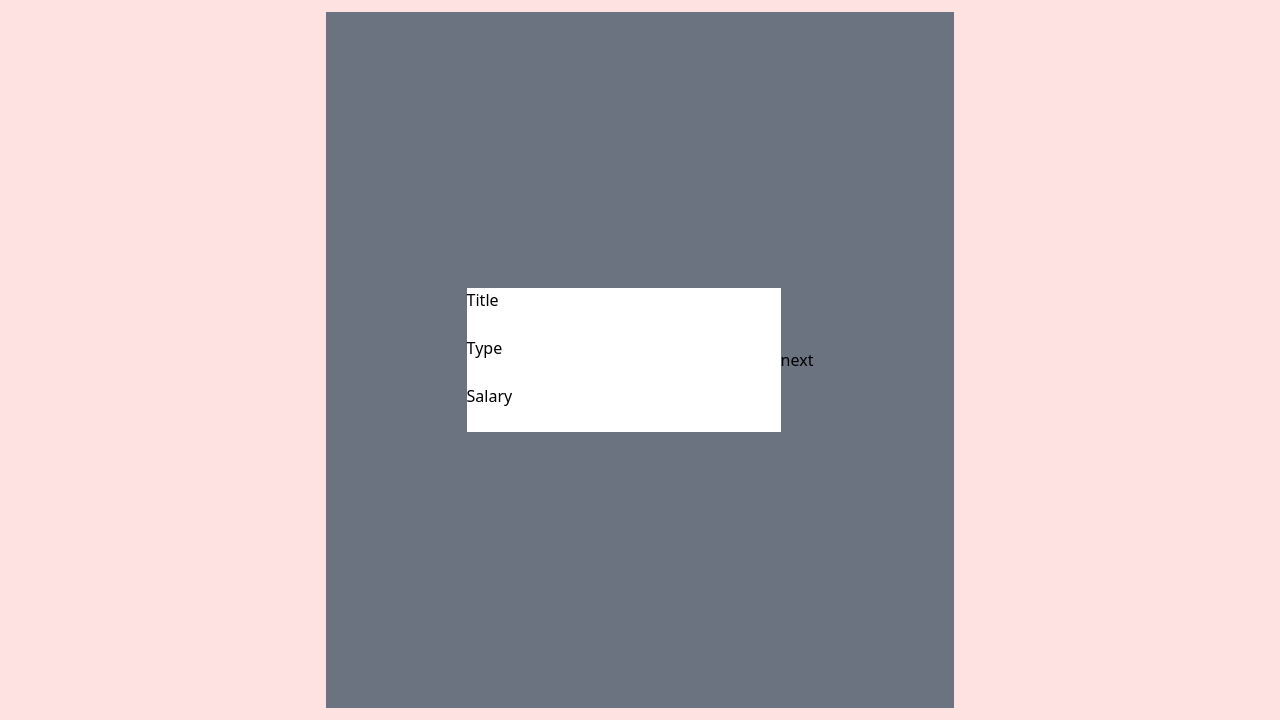
Repository: Abdibaye/Job-Sphere
Page: /form
The author's editor kept a copy of each file at every save. The page is drawn from the files as they stood at one save, then again after the next save.
The browser window is 1280 px wide. The pictures show the whole page.
The project was rebuilt for these pictures with package versions that can differ from the ones it lists, and the page was loaded fresh each time. Also part of the build but not shown: vite.config.js, src/components/search.jsx, src/components/navbar.jsx, src/pages/descriptionpage.jsx, src/components/job.jsx, src/components/feed.jsx, src/components/saved.jsx, src/components/filter.jsx and 4 more.

Above is the page before, as saved 2025-02-22 22:39:16.

After the next save:
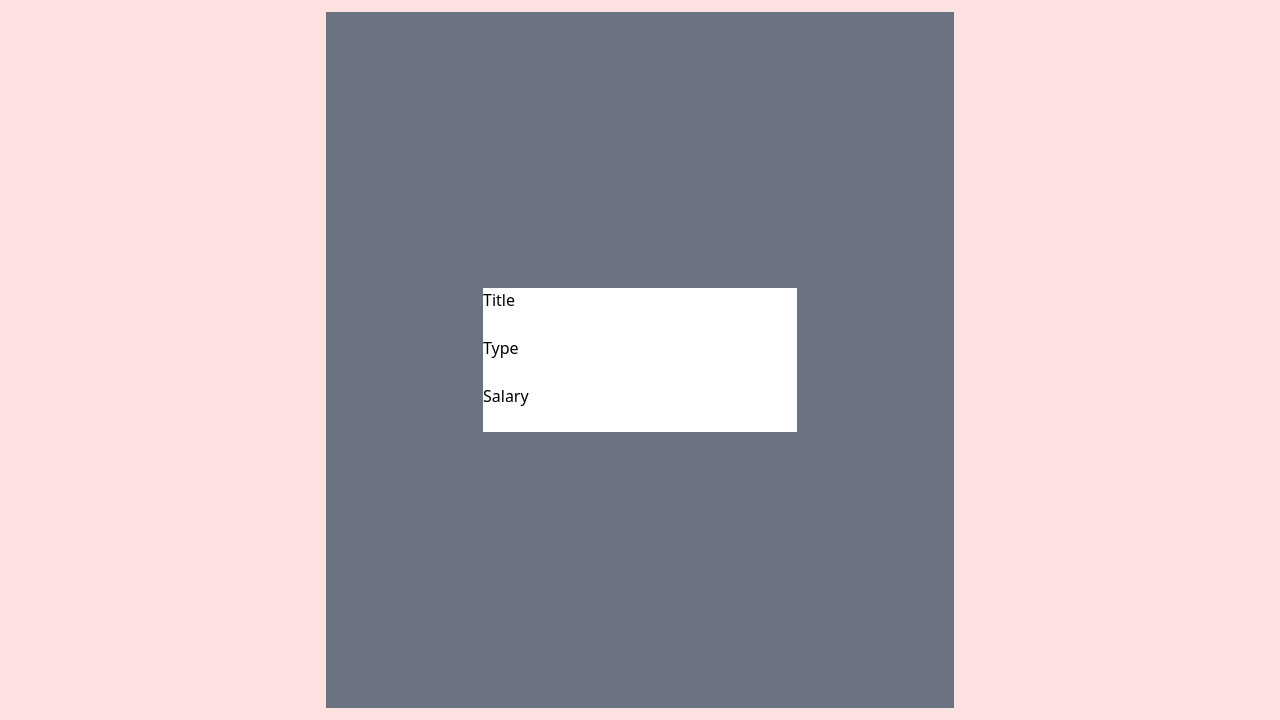
Saved 17 s later.
--- a/src/components/form.jsx
+++ b/src/components/form.jsx
@@ -3,8 +3,8 @@
 function Form(){
     return(
         <div className="bg-red-100 h-screen  flex justify-center p-3 ">
-            <div className="bg-gray-500 w-1/2 flex justify-center items-center">
-              <div className="bg-[#fff] w-1/2 h-fit flex flex-col flex-col justify-center  ">
+            <div className="bg-gray-500 w-1/2 flex flex-col justify-center items-center">
+              <div className="bg-[#fff] w-1/2 h-fit flex flex-col justify-center  ">
                 <p>Title</p>
                 <input type="text" />
                 <p>Type</p>
@@ -12,7 +12,7 @@ function Form(){
                 <p>Salary</p>
                 <input type="text" />
               </div>
-              <button>next</button>
+              <button></button>
             </div>
         </div>
     );
